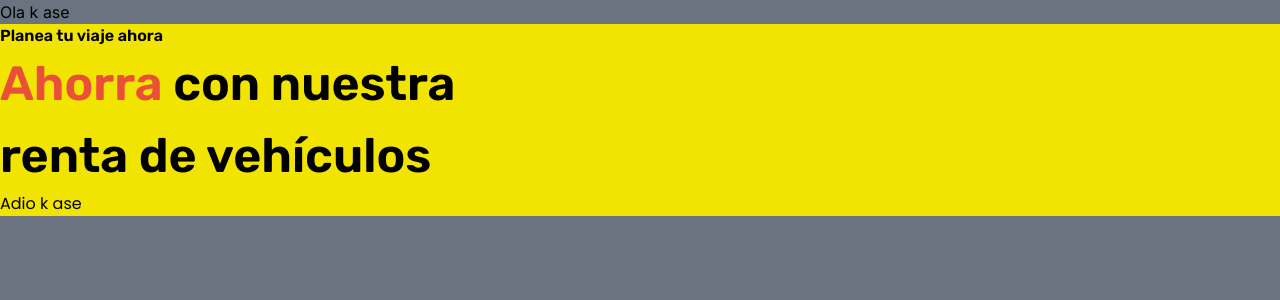
Repository: aldovelacasas/PF_RentCar2
Page: /homePage
These files come from the project's save history. The page is drawn as it stood at one moment and after the next save; the edit follows.
The browser window is 1280 px wide. The pictures show the whole page.
The project was rebuilt for these pictures with package versions that can differ from the ones it lists, and the page was loaded fresh each time. The framework's server and built-in components were replaced by stand-ins that run in the browser. Also part of the build but not shown: next.config.js.

Above is the page before, as saved 2023-08-29 18:57:36.

After the next save:
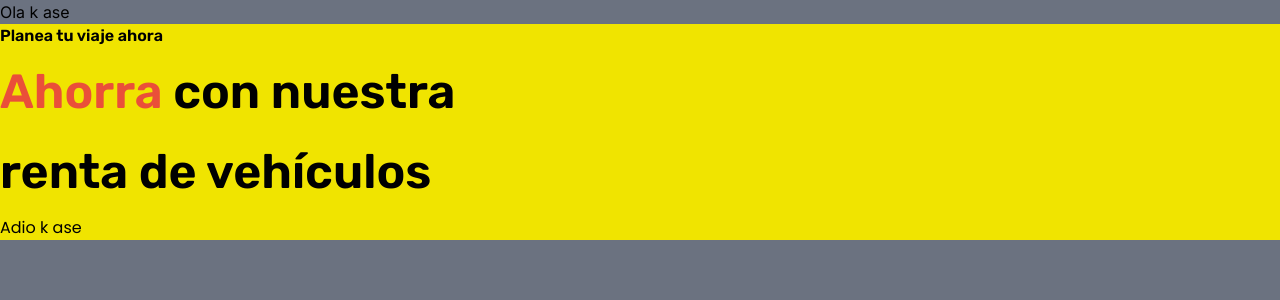
Saved 25 s later.
--- a/src/app/homePage/page.jsx
+++ b/src/app/homePage/page.jsx
@@ -14,7 +14,7 @@ const rubik = fontRubik.className;
 
 function HomePage() {
   return (
-    <div className={`bg-amarillo_status ${rubik} space-y-0`}>
+    <div className={`bg-amarillo_status ${rubik} space-y-2`}>
       <p className={`${poppins.className}`}>Planea tu viaje ahora</p>
       <p className="text-[3em] mb-0 pb-0">
         <span className="text-naranja_enf mb-0 pb-0">Ahorra </span>con nuestra{" "}
